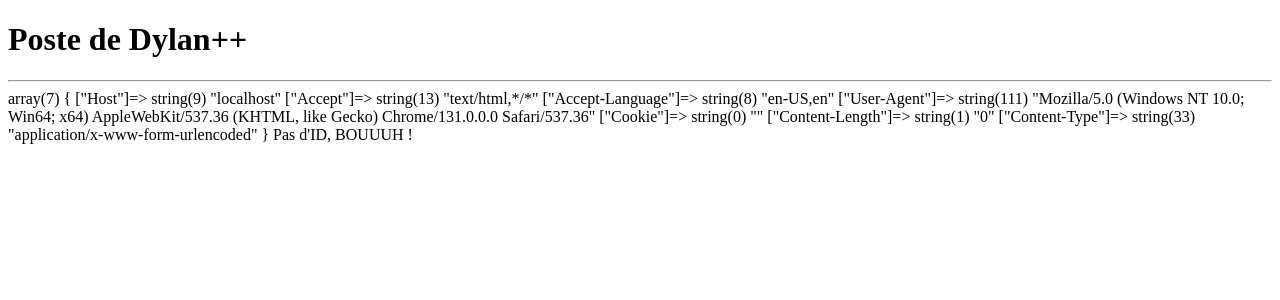
Repository: DylanCahu/cookie
Page: http://localhost/Cookies/consult.php
These files come from the project's save history. The page is drawn as it stood at one moment and after the next save; the edit follows.
The browser window is 1280 px wide. The pictures show the whole page.
The page is run by PHP 8.4 with error messages shown; the project is at /var/www/html/.

Above is the page before, as saved 2021-12-13 08:59:56.

### consult.php
<!DOCTYPE html>
<html>
    <head>
        <title>JS</title>
        <meta charset="utf-8">

    </head>

    <body>
        <h1>Poste de Dylan++</h1>
        <hr>
<?php

$tabhead = getallheaders();
var_dump($tabhead);

// if (isset($_COOKIE['numClient'])) {
//     echo "<h3>Votre ID est: " . $_COOKIE['numClient'] . " ";
// } else {
//     echo "Pas d'ID, BOUUUH !"
//     ;
// }

session_start();

if (isset($_SESSION['numClient'])) {
    echo "<h3>Votre ID est: " . $_SESSION['numClient'] . " ";
} else {
    echo "Pas d'ID, BOUUUH !";
}

?>

    </body>
</html>

After the next save:
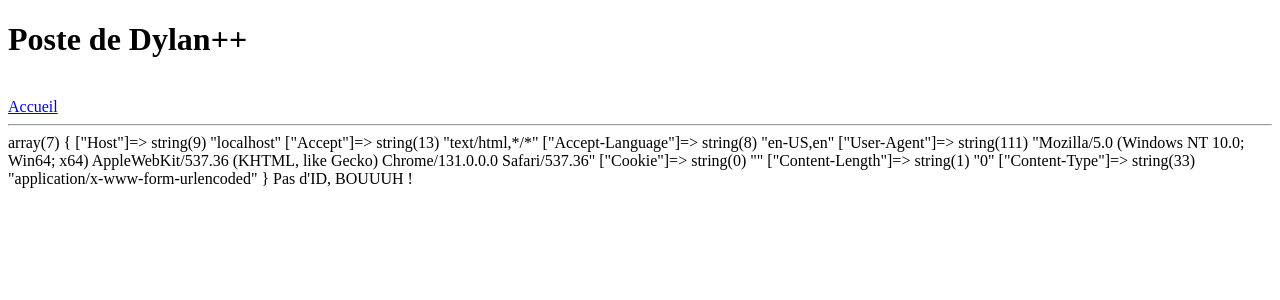
Saved 24 s later.
--- a/consult.php
+++ b/consult.php
@@ -8,6 +8,9 @@
 
     <body>
         <h1>Poste de Dylan++</h1>
+
+</br>
+<a href="/Cookies/index.html">Accueil</a>
         <hr>
 <?php
 
